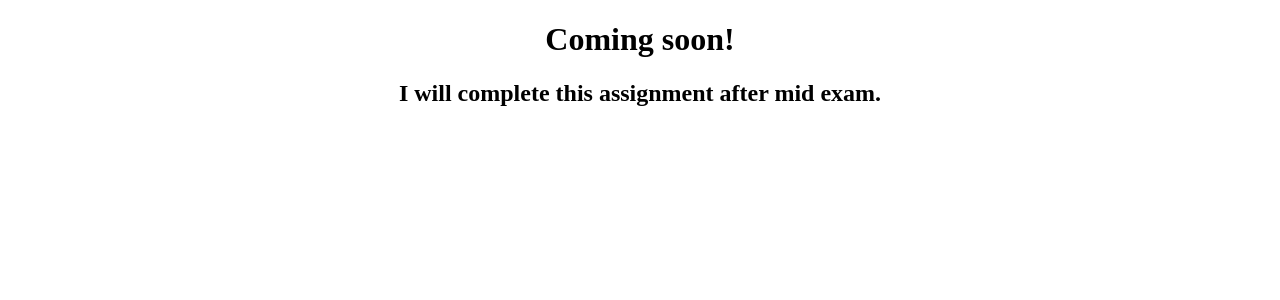
Repository: luqmang316/luqmang316.github.io
Page: Events/EventsCleanScreen.html
The author's editor kept a copy of each file at every save. The page is drawn from the files as they stood at one save, then again after the next save.
The browser window is 1280 px wide. The pictures show the whole page.

Above is the page before, as saved 2021-08-08 13:55:03.

After the next save:
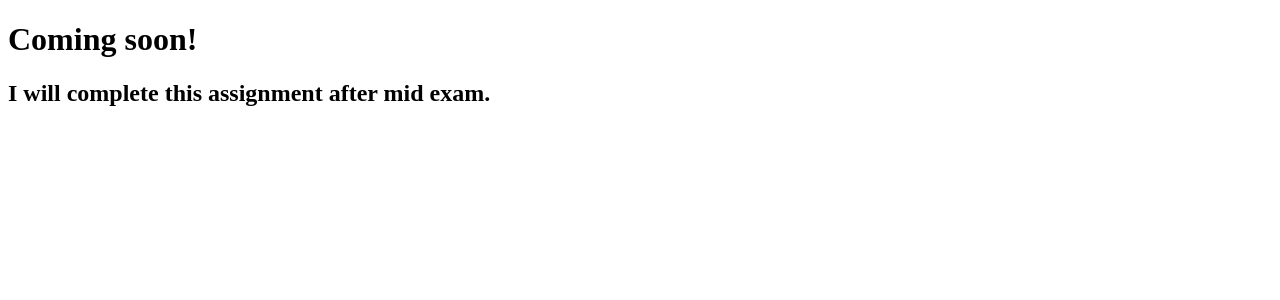
Saved 19 s later.
--- a/Events/EventsCleanScreen.html
+++ b/Events/EventsCleanScreen.html
@@ -2,19 +2,7 @@
 <html lang="en">
 
 <head>
-    <meta http-equiv="Content-Type" content="text/html; charset=windows-1252">
     <title>Events Clean Screen </title>
-    <link href="maze.css" type="text/css" rel="stylesheet">
-
-
-
-    <!-- provided files; do not modify -->
-    <link href="maze.css" type="text/css" rel="stylesheet">
-    <script src="jquery.min.js" type="text/javascript"></script>
-
-    <!-- your code -->
-    <script src="maze.js" type="text/javascript"></script>
-
 </head>
 
 <body>
